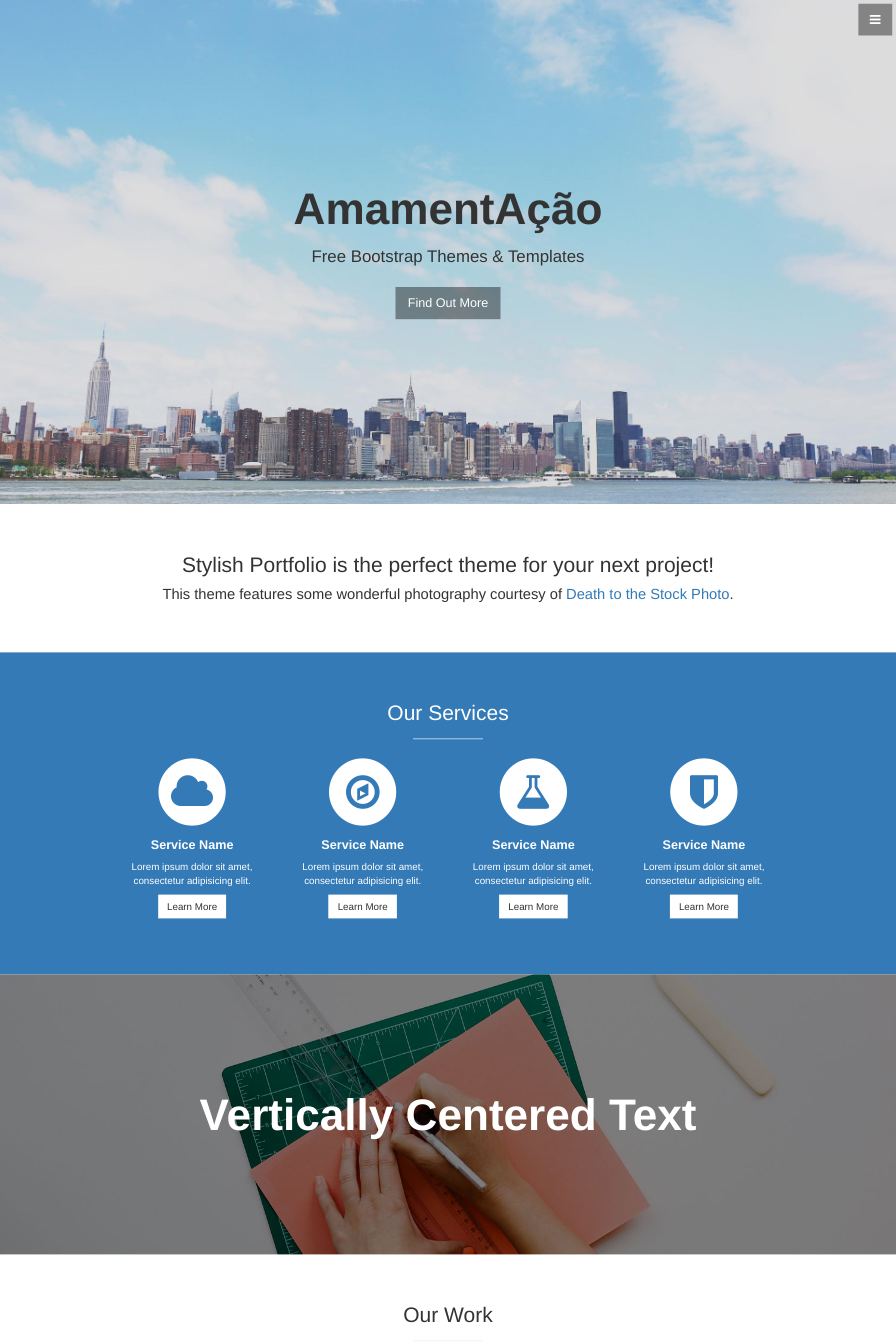
Repository: rsanttos/AmamentAcaoPage
Page: AmamentAcao/WebContent/index.html
These files come from the project's save history. The page is drawn as it stood at one moment and after the next save; the edit follows.
The browser window is 1280 px wide. The pictures show the part of the page from y = 0 to 1920 px (the page is 3885 px tall), at 70% of full size.
Some web fonts or font styles are not loaded; a fallback is used.

Above is the page before, as saved 2016-11-24 19:33:32.

### AmamentAcao/WebContent/index.html
<!DOCTYPE html>
<html lang="en">

<head>

    <meta charset="utf-8">
    <meta http-equiv="X-UA-Compatible" content="IE=edge">
    <meta name="viewport" content="width=device-width, initial-scale=1">
    <meta name="description" content="">
    <meta name="author" content="">

    <title>AmamentAção</title>

    <!-- Bootstrap Core CSS -->
    <link href="css/bootstrap.min.css" rel="stylesheet">

    <!-- Custom CSS -->
    <link href="css/stylish-portfolio.css" rel="stylesheet">

    <!-- Custom Fonts -->
    <link href="font-awesome/css/font-awesome.min.css" rel="stylesheet" type="text/css">
    <link href="https://fonts.googleapis.com/css?family=Source+Sans+Pro:300,400,700,300italic,400italic,700italic" rel="stylesheet" type="text/css">

    <!-- HTML5 Shim and Respond.js IE8 support of HTML5 elements and media queries -->
    <!-- WARNING: Respond.js doesn't work if you view the page via file:// -->
    <!--[if lt IE 9]>
        <script src="https://oss.maxcdn.com/libs/html5shiv/3.7.0/html5shiv.js"></script>
        <script src="https://oss.maxcdn.com/libs/respond.js/1.4.2/respond.min.js"></script>
    <![endif]-->

</head>

<body>

    <!-- Navigation -->
    <a id="menu-toggle" href="#" class="btn btn-dark btn-lg toggle"><i class="fa fa-bars"></i></a>
    <nav id="sidebar-wrapper">
        <ul class="sidebar-nav">
            <a id="menu-close" href="#" class="btn btn-light btn-lg pull-right toggle"><i class="fa fa-times"></i></a>
            <li class="sidebar-brand">
                <a href="#top" onclick=$("#menu-close").click();>AmamentAção</a>
            </li>
            <li>
                <a href="#top" onclick=$("#menu-close").click();>Home</a>
            </li>
            <li>
                <a href="#about" onclick=$("#menu-close").click();>Sobre</a>
            </li>
            <li>
                <a href="#services" onclick=$("#menu-close").click();>Serviços</a>
            </li>
            <li>
                <a href="#portfolio" onclick=$("#menu-close").click();>Portfolio</a>
            </li>
            <li>
                <a href="#contact" onclick=$("#menu-close").click();>Contato</a>
            </li>
        </ul>
    </nav>

    <!-- Header -->
    <header id="top" class="header">
        <div class="text-vertical-center">
            <h1>AmamentAção</h1>
            <h3>Free Bootstrap Themes &amp; Templates</h3>
            <br>
            <a href="#about" class="btn btn-dark btn-lg">Find Out More</a>
        </div>
    </header>

    <!-- About -->
    <section id="about" class="about">
        <div class="container">
            <div class="row">
                <div class="col-lg-12 text-center">
                    <h2>Stylish Portfolio is the perfect theme for your next project!</h2>
                    <p class="lead">This theme features some wonderful photography courtesy of <a target="_blank" href="http://join.deathtothestockphoto.com/">Death to the Stock Photo</a>.</p>
                </div>
            </div>
            <!-- /.row -->
        </div>
        <!-- /.container -->
    </section>

    <!-- Services -->
    <!-- The circle icons use Font Awesome's stacked icon classes. For more information, visit http://fontawesome.io/examples/ -->
    <section id="services" class="services bg-primary">
        <div class="container">
            <div class="row text-center">
                <div class="col-lg-10 col-lg-offset-1">
                    <h2>Our Services</h2>
                    <hr class="small">
                    <div class="row">
                        <div class="col-md-3 col-sm-6">
                            <div class="service-item">
                                <span class="fa-stack fa-4x">
                                <i class="fa fa-circle fa-stack-2x"></i>
                                <i class="fa fa-cloud fa-stack-1x text-primary"></i>
                            </span>
                                <h4>
                                    <strong>Service Name</strong>
                                </h4>
                                <p>Lorem ipsum dolor sit amet, consectetur adipisicing elit.</p>
                                <a href="#" class="btn btn-light">Learn More</a>
                            </div>
                        </div>
                        <div class="col-md-3 col-sm-6">
                            <div class="service-item">
                                <span class="fa-stack fa-4x">
                                <i class="fa fa-circle fa-stack-2x"></i>
                                <i class="fa fa-compass fa-stack-1x text-primary"></i>
                            </span>
                                <h4>
                                    <strong>Service Name</strong>
                                </h4>
                                <p>Lorem ipsum dolor sit amet, consectetur adipisicing elit.</p>
                                <a href="#" class="btn btn-light">Learn More</a>
                            </div>
                        </div>
                        <div class="col-md-3 col-sm-6">
                            <div class="service-item">
                                <span class="fa-stack fa-4x">
                                <i class="fa fa-circle fa-stack-2x"></i>
                                <i class="fa fa-flask fa-stack-1x text-primary"></i>
                            </span>
                                <h4>
                                    <strong>Service Name</strong>
                                </h4>
                                <p>Lorem ipsum dolor sit amet, consectetur adipisicing elit.</p>
                                <a href="#" class="btn btn-light">Learn More</a>
                            </div>
                        </div>
                        <div class="col-md-3 col-sm-6">
                            <div class="service-item">
                                <span class="fa-stack fa-4x">
                                <i class="fa fa-circle fa-stack-2x"></i>
                                <i class="fa fa-shield fa-stack-1x text-primary"></i>
                            </span>
                                <h4>
                                    <strong>Service Name</strong>
                                </h4>
                                <p>Lorem ipsum dolor sit amet, consectetur adipisicing elit.</p>
                                <a href="#" class="btn btn-light">Learn More</a>
                            </div>
                        </div>
                    </div>
                    <!-- /.row (nested) -->
                </div>
                <!-- /.col-lg-10 -->
            </div>
            <!-- /.row -->
        </div>
        <!-- /.container -->
    </section>

    <!-- Callout -->
    <aside class="callout">
        <div class="text-vertical-center">
            <h1>Vertically Centered Text</h1>
        </div>
    </aside>

    <!-- Portfolio -->
    <section id="portfolio" class="portfolio">
        <div class="container">
            <div class="row">
                <div class="col-lg-10 col-lg-offset-1 text-center">
                    <h2>Our Work</h2>
                    <hr class="small">
                    <div class="row">
                        <div class="col-md-6">
                            <div class="portfolio-item">
                                <a href="#">
                                    <img class="img-portfolio img-responsive" src="img/portfolio-1.jpg">
                                </a>
                            </div>
                        </div>
                        <div class="col-md-6">
                            <div class="portfolio-item">
                                <a href="#">
                                    <img class="img-portfolio img-responsive" src="img/portfolio-2.jpg">
                                </a>
                            </div>
                        </div>
                        <div class="col-md-6">
                            <div class="portfolio-item">
                                <a href="#">
                                    <img class="img-portfolio img-responsive" src="img/portfolio-3.jpg">
                                </a>
                            </div>
                        </div>
                        <div class="col-md-6">
                            <div class="portfolio-item">
                                <a href="#">
                                    <img class="img-portfolio img-responsive" src="img/portfolio-4.jpg">
                                </a>
                            </div>
                        </div>
                    </div>
                    <!-- /.row (nested) -->
                    <a href="#" class="btn btn-dark">View More Items</a>
                </div>
                <!-- /.col-lg-10 -->
            </div>
            <!-- /.row -->
        </div>
        <!-- /.container -->
    </section>

    <!-- Call to Action -->
    <aside class="call-to-action bg-primary">
        <div class="container">
            <div class="row">
                <div class="col-lg-12 text-center">
                    <h3>The buttons below are impossible to resist.</h3>
                    <a href="#" class="btn btn-lg btn-light">Click Me!</a>
                    <a href="#" class="btn btn-lg btn-dark">Look at Me!</a>
                </div>
            </div>
        </div>
    </aside>

    <!-- Map -->
    <section id="contact" class="map">
        <iframe width="100%" height="100%" frameborder="0" scrolling="no" marginheight="0" marginwidth="0" src="https://maps.google.com/maps?f=q&amp;source=s_q&amp;hl=en&amp;geocode=&amp;q=Twitter,+Inc.,+Market+Street,+San+Francisco,+CA&amp;aq=0&amp;oq=twitter&amp;sll=28.659344,-81.187888&amp;sspn=0.128789,0.264187&amp;ie=UTF8&amp;hq=Twitter,+Inc.,+Market+Street,+San+Francisco,+CA&amp;t=m&amp;z=15&amp;iwloc=A&amp;output=embed"></iframe>
        <br />
        <small>
            <a href="https://maps.google.com/maps?f=q&amp;source=embed&amp;hl=en&amp;geocode=&amp;q=Twitter,+Inc.,+Market+Street,+San+Francisco,+CA&amp;aq=0&amp;oq=twitter&amp;sll=28.659344,-81.187888&amp;sspn=0.128789,0.264187&amp;ie=UTF8&amp;hq=Twitter,+Inc.,+Market+Street,+San+Francisco,+CA&amp;t=m&amp;z=15&amp;iwloc=A"></a>
        </small>
        </iframe>
    </section>

    <!-- Footer -->
    <footer>
        <div class="container">
            <div class="row">
                <div class="col-lg-10 col-lg-offset-1 text-center">
                    <h4><strong>Start Bootstrap</strong>
                    </h4>
                    <p>3481 Melrose Place
                        <br>Beverly Hills, CA 90210</p>
                    <ul class="list-unstyled">
                        <li><i class="fa fa-phone fa-fw"></i> (123) 456-7890</li>
                        <li><i class="fa fa-envelope-o fa-fw"></i> <a href="mailto:name@example.com">name@example.com</a>
                        </li>
                    </ul>
                    <br>
                    <ul class="list-inline">
                        <li>
                            <a href="#"><i class="fa fa-facebook fa-fw fa-3x"></i></a>
                        </li>
                        <li>
                            <a href="#"><i class="fa fa-twitter fa-fw fa-3x"></i></a>
                        </li>
                        <li>
                            <a href="#"><i class="fa fa-dribbble fa-fw fa-3x"></i></a>
                        </li>
                    </ul>
                    <hr class="small">
                    <p class="text-muted">Copyright &copy; Your Website 2014</p>
                </div>
            </div>
        </div>
        <a id="to-top" href="#top" class="btn btn-dark btn-lg"><i class="fa fa-chevron-up fa-fw fa-1x"></i></a>
    </footer>

    <!-- jQuery -->
    <script src="js/jquery.js"></script>

    <!-- Bootstrap Core JavaScript -->
    <script src="js/bootstrap.min.js"></script>

    <!-- Custom Theme JavaScript -->
    <script>
    // Closes the sidebar menu
    $("#menu-close").click(function(e) {
        e.preventDefault();
        $("#sidebar-wrapper").toggleClass("active");
    });
    // Opens the sidebar menu
    $("#menu-toggle").click(function(e) {
        e.preventDefault();
        $("#sidebar-wrapper").toggleClass("active");
    });
    // Scrolls to the selected menu item on the page
    $(function() {
        $('a[href*=#]:not([href=#],[data-toggle],[data-target],[data-slide])').click(function() {
            if (location.pathname.replace(/^\//, '') == this.pathname.replace(/^\//, '') || location.hostname == this.hostname) {
                var target = $(this.hash);
                target = target.length ? target : $('[name=' + this.hash.slice(1) + ']');
                if (target.length) {
                    $('html,body').animate({
                        scrollTop: target.offset().top
                    }, 1000);
                    return false;
                }
            }
        });
    });
    //#to-top button appears after scrolling
    var fixed = false;
    $(document).scroll(function() {
        if ($(this).scrollTop() > 250) {
            if (!fixed) {
                fixed = true;
                // $('#to-top').css({position:'fixed', display:'block'});
                $('#to-top').show("slow", function() {
                    $('#to-top').css({
                        position: 'fixed',
                        display: 'block'
                    });
                });
            }
        } else {
            if (fixed) {
                fixed = false;
                $('#to-top').hide("slow", function() {
                    $('#to-top').css({
                        display: 'none'
                    });
                });
            }
        }
    });
    // Disable Google Maps scrolling
    // See http://stackoverflow.com/a/25904582/1607849
    // Disable scroll zooming and bind back the click event
    var onMapMouseleaveHandler = function(event) {
        var that = $(this);
        that.on('click', onMapClickHandler);
        that.off('mouseleave', onMapMouseleaveHandler);
        that.find('iframe').css("pointer-events", "none");
    }
    var onMapClickHandler = function(event) {
            var that = $(this);
            // Disable the click handler until the user leaves the map area
            that.off('click', onMapClickHandler);
            // Enable scrolling zoom
            that.find('iframe').css("pointer-events", "auto");
            // Handle the mouse leave event
            that.on('mouseleave', onMapMouseleaveHandler);
        }
        // Enable map zooming with mouse scroll when the user clicks the map
    $('.map').on('click', onMapClickHandler);
    </script>

</body>

</html>

### AmamentAcao/WebContent/css/stylish-portfolio.css
/*!
 * Start Bootstrap - Stylish Portfolio (http://startbootstrap.com/)
 * Copyright 2013-2016 Start Bootstrap
 * Licensed under MIT (https://github.com/BlackrockDigital/startbootstrap/blob/gh-pages/LICENSE)
 */

/* Global Styles */

html,
body {
    width: 100%;
    height: 100%;
}

body {
    font-family: "Source Sans Pro","Helvetica Neue",Helvetica,Arial,sans-serif;
}

.text-vertical-center {
    display: table-cell;
    text-align: center;
    vertical-align: middle;
}

.text-vertical-center h1 {
    margin: 0;
    padding: 0;
    font-size: 4.5em;
    font-weight: 700;
}

/* Custom Button Styles */

.btn-dark {
    border-radius: 0;
    color: #fff;
    background-color: rgba(0,0,0,0.4);
}

.btn-dark:hover,
.btn-dark:focus,
.btn-dark:active {
    color: #fff;
    background-color: rgba(0,0,0,0.7);
}

.btn-light {
    border-radius: 0;
    color: #333;
    background-color: rgb(255,255,255);
}

.btn-light:hover,
.btn-light:focus,
.btn-light:active {
    color: #333;
    background-color: rgba(255,255,255,0.8);
}

/* Custom Horizontal Rule */

hr.small {
    max-width: 100px;
}

/* Side Menu */

#sidebar-wrapper {
    z-index: 1000;
    position: fixed;
    right: 0;
    width: 250px;
    height: 100%;
    transform: translateX(250px);
    overflow-y: auto;
    background: #222;
    -webkit-transition: all 0.4s ease 0s;
    -moz-transition: all 0.4s ease 0s;
    -ms-transition: all 0.4s ease 0s;
    -o-transition: all 0.4s ease 0s;
    transition: all 0.4s ease 0s;
}

.sidebar-nav {
    position: absolute;
    top: 0;
    width: 250px;
    margin: 0;
    padding: 0;
    list-style: none;
}

.sidebar-nav li {
    text-indent: 20px;
    line-height: 40px;
}

.sidebar-nav li a {
    display: block;
    text-decoration: none;
    color: #999;
}

.sidebar-nav li a:hover {
    text-decoration: none;
    color: #fff;
    background: rgba(255,255,255,0.2);
}

.sidebar-nav li a:active,
.sidebar-nav li a:focus {
    text-decoration: none;
}

.sidebar-nav > .sidebar-brand {
    height: 55px;
    font-size: 18px;
    line-height: 55px;
}

.sidebar-nav > .sidebar-brand a {
    color: #999;
}

.sidebar-nav > .sidebar-brand a:hover {
    color: #fff;
    background: none;
}

#menu-toggle {
    z-index: 1;
    position: fixed;
    top: 0;
    right: 0;
}

#sidebar-wrapper.active {
    right: 250px;
    width: 250px;
    -webkit-transition: all 0.4s ease 0s;
    -moz-transition: all 0.4s ease 0s;
    -ms-transition: all 0.4s ease 0s;
    -o-transition: all 0.4s ease 0s;
    transition: all 0.4s ease 0s;
}

.toggle {
    margin: 5px 5px 0 0;
}

/* Header */

.header {
    display: table;
    position: relative;
    width: 100%;
    height: 100%;
    background: url(../img/bg.jpg) no-repeat center center scroll;
    -webkit-background-size: cover;
    -moz-background-size: cover;
    background-size: cover;
    -o-background-size: cover;
}

/* About */

.about {
    padding: 50px 0;
}

/* Services */

.services {
    padding: 50px 0;
}

.service-item {
    margin-bottom: 30px;
}

/* Callout */

.callout {
    display: table;
    width: 100%;
    height: 400px;
    color: #fff;
    background: url(../img/callout.jpg) no-repeat center center scroll;
    -webkit-background-size: cover;
    -moz-background-size: cover;
    background-size: cover;
    -o-background-size: cover;
}

/* Portfolio */

.portfolio {
    padding: 50px 0;
}

.portfolio-item {
    margin-bottom: 30px;
}

.img-portfolio {
    margin: 0 auto;
}

.img-portfolio:hover {
    opacity: 0.8;
}

/* Call to Action */

.call-to-action {
    padding: 50px 0;
}

.call-to-action .btn {
    margin: 10px;
}

/* Map */

.map {
    height: 500px;
}

@media(max-width:768px) {
    .map {
        height: 75%;
    }
}

.map iframe {
    pointer-events: none;
}

/* Footer */

footer {
    padding: 100px 0;
}

#to-top {
  display: none;
  position: fixed;
  bottom: 5px;
  right: 5px;
}

Loaded but not shown: AmamentAcao/WebContent/css/bootstrap.min.css (library); AmamentAcao/WebContent/font-awesome/css/font-awesome.min.css (library); AmamentAcao/WebContent/js/jquery.js (library); AmamentAcao/WebContent/js/bootstrap.min.js (library)

After the next save:
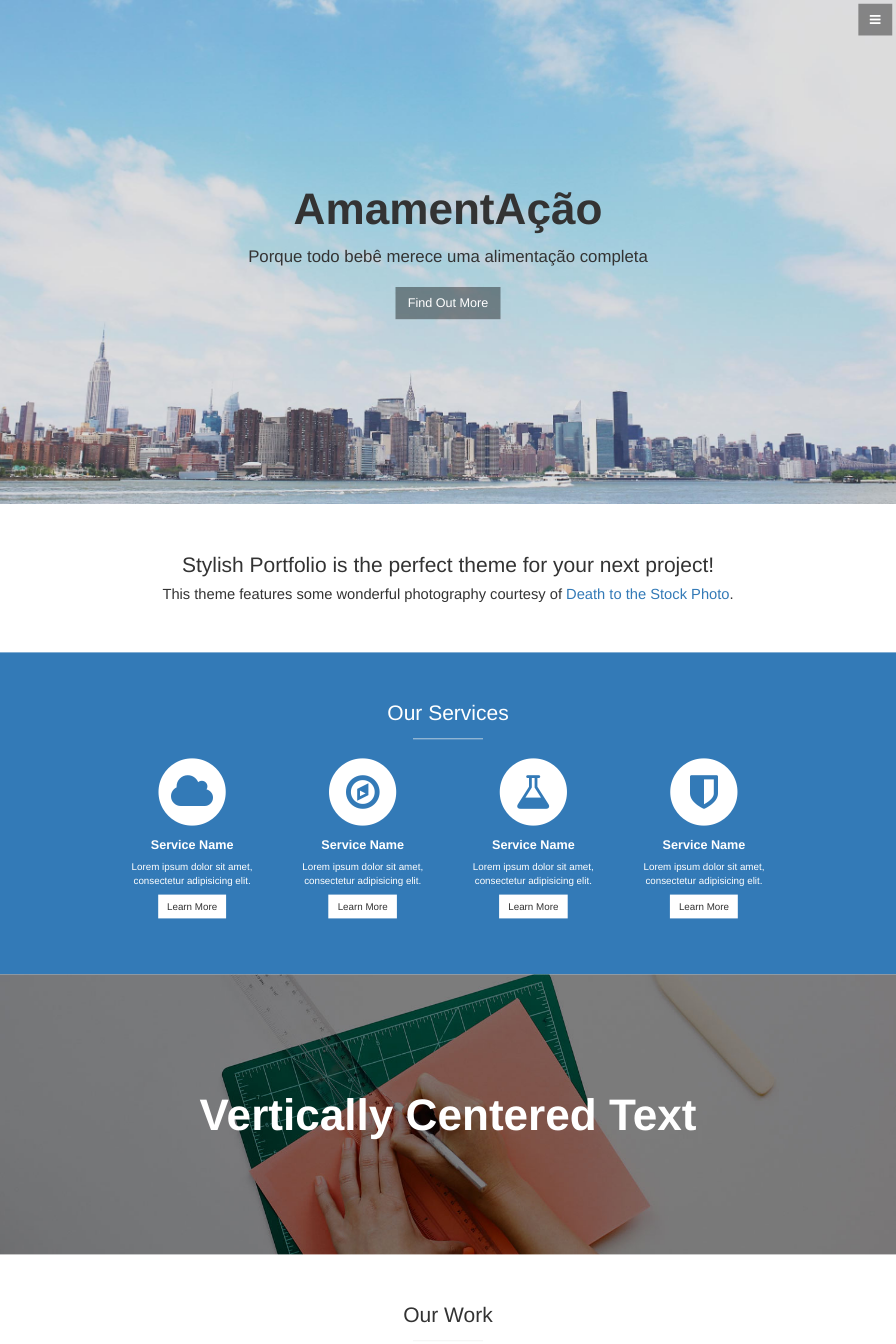
Saved 47 s later.
--- a/AmamentAcao/WebContent/index.html
+++ b/AmamentAcao/WebContent/index.html
@@ -62,7 +62,7 @@
     <header id="top" class="header">
         <div class="text-vertical-center">
             <h1>AmamentAção</h1>
-            <h3>Free Bootstrap Themes &amp; Templates</h3>
+            <h3>Porque todo bebê merece uma alimentação completa</h3>
             <br>
             <a href="#about" class="btn btn-dark btn-lg">Find Out More</a>
         </div>
